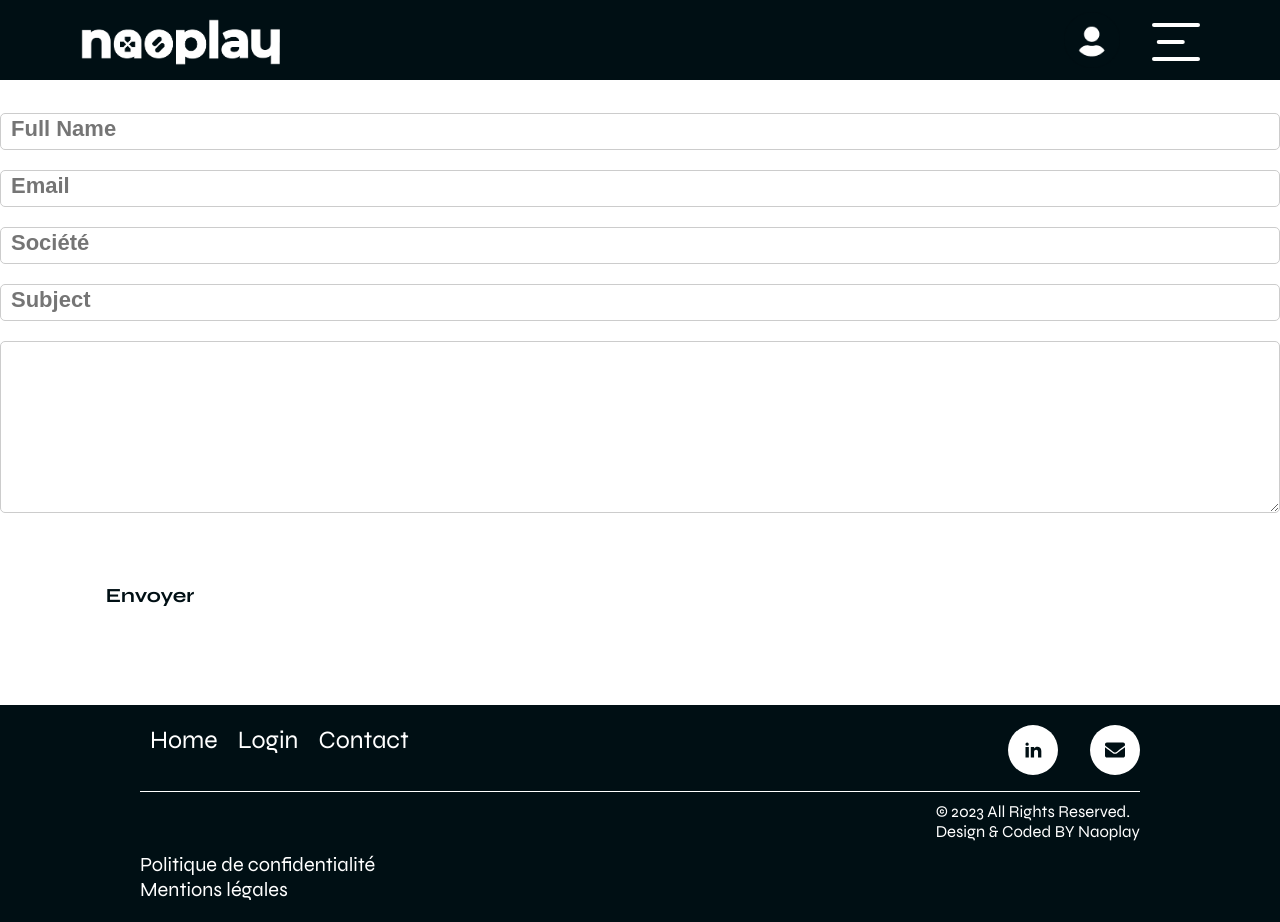
Repository: Hindsedrati/Naoplay
Page: /contact
An editor plug-in stored every save of this project. The page is shown before and after the next save, followed by the edit.
The browser window is 1280 px wide. The pictures show the whole page.
The project was rebuilt for these pictures with package versions that can differ from the ones it lists, and the page was loaded fresh each time. Also part of the build but not shown: src/Pages/Login/index.jsx, src/Components/Const/index.jsx, src/Components/Partners/index.jsx, src/Components/Naoplay/index.jsx, src/Components/Api/index.jsx, src/Components/Digitalisation/index.jsx, src/Components/Gateway/index.jsx, src/Components/ApiManagement/index.jsx and 6 more.

Above is the page before, as saved 2023-05-10 12:32:27.

### public/index.html
<!DOCTYPE html>
<html lang="en">
  <head>
    <meta charset="utf-8" />
    <link href="https://fonts.googleapis.com/css2?family=Syne:wght@600;700&display=swap" rel="stylesheet">
    <link rel="apple-touch-icon" sizes="180x180" href="./favicons/apple-touch-icon.png">
    <link rel="icon" type="image/png" sizes="32x32" href="./favicons/favicon-32x32.png">
    <link rel="icon" type="image/png" sizes="16x16" href="./favicons/favicon-16x16.png">
    <link rel="manifest" href="./favicons/site.webmanifest">
    <link rel="mask-icon" href="./favicons/safari-pinned-tab.svg" color="#5bbad5">
    <meta name="viewport" content="width=device-width, initial-scale=1" />
    <meta name="theme-color" content="#000000" />
    <meta
      name="description"
      content="Web site created using create-react-app"
    />
    <link rel="apple-touch-icon" href="%PUBLIC_URL%/logo192.png" />
    <!--
      manifest.json provides metadata used when your web app is installed on a
      user's mobile device or desktop. See https://developers.google.com/web/fundamentals/web-app-manifest/
    -->
    <link rel="manifest" href="%PUBLIC_URL%/manifest.json" />
    <!--
      Notice the use of %PUBLIC_URL% in the tags above.
      It will be replaced with the URL of the `public` folder during the build.
      Only files inside the `public` folder can be referenced from the HTML.

      Unlike "/favicon.ico" or "favicon.ico", "%PUBLIC_URL%/favicon.ico" will
      work correctly both with client-side routing and a non-root public URL.
      Learn how to configure a non-root public URL by running `npm run build`.
    -->
    <title>NAOPLAY</title>
  </head>
  <body>
    <noscript>You need to enable JavaScript to run this app.</noscript>
    <div id="root"></div>
    <!--
      This HTML file is a template.
      If you open it directly in the browser, you will see an empty page.

      You can add webfonts, meta tags, or analytics to this file.
      The build step will place the bundled scripts into the <body> tag.

      To begin the development, run `npm start` or `yarn start`.
      To create a production bundle, use `npm run build` or `yarn build`.
    -->
  </body>
</html>

### src/style.scss
* {
    margin: 0;
    padding: 0;
    box-sizing: border-box;
}

.app-container {
    width: 100%;
    max-width: 100%;
    margin-left: auto;
    margin-right: auto;
}

.main-container {
    width: 100%;
    overflow-x: hidden;
}

@media screen and (min-width: 769px) and (max-width: 1900px) {
    .main-container {
        padding: 70px 80px 20px 80px;
    }
}
@media screen and (min-width: 1901px) {
    .main-container {
        padding: 150px 80px 20px 80px;
    }
}
@media screen and (max-width: 768px) {
    .main-container {
        padding: 1rem;
    }
}

### src/Pages/Contact/index.jsx
import React from 'react'
import './Contact.scss'

function contact () {
  return (
    <section>
        <div className="container">
          <h2 className= "--text-center">Contactez-nous</h2>
          <p> Vous avez un projet de transformation digitale ? vous souhaitez échanger avec l’un de nos experts ? ou vous souhaitez voir comment notre mentorat peut booster votre carrière ? (si vous souhaitez nous rejoindre vous pouvez également envoyer votre CV à contact@naoplay.fr</p>
          <form className= "--formm-control --card" >
              <input type="text" placeholder= 'Full Name' name= 'user_name' required/>
              <input type="email" placeholder= 'Email' name= 'user_email' required/>
              <input type="text" placeholder="Société" name="societe" required />
              <input type="text" placeholder= 'Subject' name= 'subject' required/>
              <textarea name="message" cols="30" rows="10"></textarea>
              <button type= "submit" className= "--btn --btn-primary">Envoyer</button>


          </form>
        </div>
    </section>
  )
}

export default contact;

### src/Layouts/Footer/Index.jsx
import './footer.scss';
import { RiLinkedinFill } from "react-icons/ri";
import { FaEnvelope } from "react-icons/fa";

function Footer() {
  return (
    <footer>
      <div className="footer-content">
        <div className="footer-section links">
          <a href="/">Home</a>
          <a href="/login">Login</a>
          <a href="/Contact">Contact</a>
        </div>

        <div className="footer__icons">
          <a c href="https://www.linkedin.com/company/naoplay/" target="_blank" rel="noreferrer">
            <RiLinkedinFill />
          </a>
          <a  href="mailto:contact@naoplay.fr/" target="_blank" rel="noreferrer">
            <FaEnvelope />
          </a>
        </div>
      </div>

      <div className="footer-bottom">
        <small>&copy; 2023 All Rights Reserved.</small>
        <small>Design & Coded BY Naoplay </small>
      </div>

      <div className="footer-legal">
        <a href='/'>Politique de confidentialité</a>
        <a href='/'>Mentions légales</a>
      </div>
    </footer>
  );
}

export default Footer;

### src/Pages/Contact/Contact.scss
form {
  margin-bottom: 5rem;
  height: auto;
  display: flex;
  flex-direction: column;
  align-items: center;
  margin-top: 50px;
}

label {
  font-weight: bold;
  margin-bottom: 10px;
}

input,
textarea {
  padding: 10px;
  margin-bottom: 20px;
  width: 100%;
  border: 1px solid #ccc;
  border-radius: 5px;
}

button {
  background-color: #4CAF50;
  color: white;
  border: none;
  padding: 10px 20px;
  text-align: center;
  text-decoration: none;
  display: inline-block;
  font-size: 16px;
  border-radius: 5px;
  cursor: pointer;
}

button:hover {
  background-color: #3e8e41;
}

### src/Pages/Home/Home.scss
body{
    box-sizing: border-box;
    overflow-x: hidden;
}

### src/Layouts/Footer/footer.scss
@import '../../Sass/variables.scss';

footer {
  height: auto;
  color: $light;
  position: relative;
  background: $dark;
  padding: 20px 0;
  width: 100%;
}

.footer-content {
  font-size: 20px;
  display: flex;
  justify-content: space-between;
  max-width: 1000px;
  margin: 0 auto;
}

.footer-section {
  font-family: $syne;
  display: flex;
}

.links a,
.social a {
  color: #fff;
  text-decoration: none;
  padding: 0 10px;
  font-size: 25px;
}


.footer__icons{

        display: flex;
        gap: 2rem;
        margin-bottom: 1rem;

        a {
            width: 50px;
            height: 50px;
            display: inline-block;
            text-decoration: none;
            color: $dark;
            background-color: $light;
            border-radius: 50%;
            display: flex;
            justify-content: center;
            align-items: center;



        }

        a:hover {
            transform: scale(1.1);
            background-color: $dark;
            color: $light;
        }
}
.footer-bottom {
  font-family: $syne;
  display: grid;
  justify-content: flex-end;
  max-width: 1000px;
  margin: 0 auto;
  font-size: 20px;
  border-top: 1px solid #fff;
  padding-top: 10px;
}

.footer-legal {
  /*display: flex;
  align-items: flex-start;
  justify-content: flex-start;
  max-width: 1000px;
  margin: 0 auto;
  font-size: 20px;

  padding-top: 10px;*/
  display: grid;
  justify-content: flex-start;
  max-width: 1000px;
  margin: 0 auto;
  font-size: 20px;
  padding-top: 10px;

}

.footer-legal a {
  font-family: $syne;
  color: #fff;
  text-decoration: none;
  margin-right: 20px;
}

.footer-legal a:hover {
  text-decoration: underline;
}

### src/Sass/variables.scss
@import url('https://fonts.googleapis.com/css2?family=Syne:wght@200;400;500;600;700&display=swap');
@import url('https://fonts.googleapis.com/css2?family=DM+Sans:wght@200;400;500;600;700&display=swap');

@font-face {
    font-family: 'MonumentExtended';
    src: url('fonts/MonumentExtended-Regular.otf') format('truetype');
    font-weight: normal;
    font-style: normal;
}

$Dm: 'DM Sans', sans-serif;
$syne: 'Syne', sans-serif;

//colors
$dark: #000F14;
$light: white;
$primary: #00A8EB;
$bg: #fdfdfd;

### src/Components/Const/const.scss
@import '../../Sass/variables.scss';

.home {

  color: $light;
  background-image: url('../../assets/vision_naoplay.webp');
  background-size: cover;
  background-position: center;

  h1 {
    font-weight: bold;
    font-family: 'MonumentExtended', sans-serif;
  }

  h2 {
    font-family: $syne;
  }

  &__btn {
    text-decoration: none;
    color: $dark;
    display: inline-block;
    padding: 0.75rem 1.5rem;
    background-color: $light;
    font-family: $syne;
    font-size: 1rem;
    font-weight: 700;
    transition: background-color 0.3s ease;

    &:hover {
      background-color: $dark;
      color: $light;
    }
  }
}

@media screen and (min-width: 769px) and (max-width: 1900px) {
  .home {
    margin-top: 2rem;

    h1 {
      font-size: 70px;
      font-weight: 500;
    }

    h2 {
      margin-top: 80px;
      font-size: 32px;
      font-weight: 700;
      line-height: 40px;
    }

    &__btn {
      margin-top:150px;
    }
  }
}

/* Code ajouté pour centrer en version mobile */
@media screen and (max-width: 768px) {
  .home {
    //height: calc(100vh - 80px);
    //padding: 1rem;
    margin-top: 5rem;
    display: flex;
    justify-content: center;
    align-items: center;
    flex-direction: column;

    h1 {
      font-size: 30px;
      line-height: 45px;
      font-weight: 200;
    }

    h2 {
      margin-top: 50px;
      font-size: 20px;
      font-weight: 500;
      font-family: $Dm;
      line-height: 1.6;
    }

    &__btn {
      margin-top: 30px;
    }
  }
}

@media screen and (min-width: 1901px) {
  .home {
    height: 100vh;
    h1 {
      line-height: 5rem;
      font-size: 70px;
      font-weight: 500;
    }

    h2 {
      margin-top: 80px;
      font-size: 32px;
      font-weight: 700;
      line-height: 40px;
    }

    &__btn {
      margin-top: 80px;
    }
  }

}

### src/Components/Partners/partners.scss
@import '../../Sass/variables.scss';

.partners {
  min-height: 210px;
  background: $dark;
  color: $light;

  &__content {
    display: flex;
    align-items: center;
  }

  &__content h3 {
    font-family: 'MonumentExtended', sans-serif;
    color: $light;
  }
}

@media screen and (min-width: 769px) and (max-width: 1900px) {

  .partners {
    padding-left: 80px;
    display: grid;
    grid-template-columns: 1fr 3fr;

    &__content h3 {
      padding-right: 15px;
      font-size: 20px;
      font-weight: 500;
      line-height: 32px;
    }

    &__image {
      position: relative;
      width: auto;
      height: 70px;
      margin-top: 70px;
      overflow: hidden;
    }

    &__icons {
      position: absolute;
      display: flex;
      width: 150%;
      height: 70px;
      top: 0;
      left: 30px;
      color: #fff;

      animation-name: IconeMove;
      animation-duration: 7s;
      animation-iteration-count: infinite;
      animation-direction: alternate;
      animation-timing-function: ease-in-out;

      @keyframes IconeMove {
        from {
          transform: translateX(-25%);
        }

        to {
          transform: translateX(0);
        }
      }
    }

    &__icons img {
      height: 100%;
      width: auto;
      margin-right: 70px;

    }
  }
}

@media screen and (min-width: 1901px) {

  .partners {
    padding-left: 80px;
    display: grid;
    grid-template-columns: 1fr 3fr;

    &__content h3 {
      padding-right: 15px;
      font-size: 25px;
      font-weight: 500;
      line-height: 32px;
    }

    &__image {
      position: relative;
      width: auto;
      height: 70px;
      margin-top: 70px;
      overflow: hidden;
    }

    &__icons {
      position: absolute;
      display: flex;
      width: 150%;
      height: 70px;
      top: 0;
      left: 30px;
      color: #fff;

      animation-name: IconeMove;
      animation-duration: 9s;
      animation-iteration-count: infinite;
      animation-direction: alternate;
      animation-timing-function: ease-in-out;

      @keyframes IconeMove {
        from {
          transform: translateX(-25%);
        }

        to {
          transform: translateX(0);
        }
      }
    }

    &__icons img {
      height: 100%;
      width: auto;
      margin-right: 70px;

    }
  }
}

@media screen and (max-width: 768px) {

  .partners {
    padding: 1rem;

    &__content h3 {
      font-size: 20px;
      font-weight: 500;
      line-height: 32px;
    }

    &__image {
      position: relative;
      width: auto;
      height: 70px;
      margin-top: 50px;
      overflow: hidden;
    }

    &__icons {
      position: absolute;
      display: flex;
      width: 150%;
      height: 60px;
      top: 0;
      left: 30px;
      color: #fff;

      animation-name: IconeMove;
      animation-duration: 5s;
      animation-iteration-count: infinite;
      animation-direction: alternate;
      animation-timing-function: ease-in-out;

      @keyframes IconeMove {
        from {
          transform: translateX(-200%);
        }

        to {
          transform: translateX(0);
        }
      }
    }

    &__icons img {
      height: 100%;
      width: auto;
      margin-right: 70px;

    }
  }
}

### src/Components/Digitalisation/digital.scss
@import '../../Sass/variables.scss';

.digital {
  background-image: url('../../assets/eye-naoplay.webp');
  background-size: cover;
  background-position: center;
  width: 100%;
  height: 50vh;
  object-fit: none;
  color: $light;
  display: flex;
  align-items: center;
  justify-content: center;

  &__content {
    width: 100%;
    max-width: 960px;
    margin: 0 auto;
    padding: 0 1rem;
    text-align: center;
  }

  &__title {
    font-family: 'MonumentExtended', sans-serif;

    margin: 0;
    font-size: 2rem;
    line-height: 1;

  }

  @media screen and (max-width: 768px) {
    .digital{
      display: none;
    }
  }
}
@media screen and (min-width: 769px) and (max-width: 1900px) {
  .digital{
    display: none;
  }
}
@media screen and (min-width: 1900px){
  .digital{
    display: none;
  }
}

### src/Components/Gateway/gateway.scss
@import '../../Sass/variables.scss';

.Gateway{
    height: 100vh;
    padding: 100px;
    color: $dark;

    &__title {
        font-family: 'MonumentExtended', sans-serif;
    }

    &__content::-webkit-scrollbar {
        width: 0;
    }

}


@media screen and (min-width: 769px) and (max-width: 1900px) {
    .Gateway{
        display: grid;
        grid-template-columns: 1fr 2fr;
        align-items: center;

        &__content__child p{
            line-height: 4rem;
            font-family: $syne;
            font-size: 24px;
            font-weight: bold;
        }
    }

    .partone{
        display: block;
        height: calc(100vh - 200px);
        padding: 8rem 4rem 4rem;
        text-align: right;
        background: $dark;
        color: $light;
    }

    .partone:hover{
        background-color: $primary;
        scroll-behavior: smooth;
    }

    .parttwo{
        position: relative;
        height: calc(100vh - 200px);

        .Gateway__title {
            position: absolute;
            top: 0;
            bottom: 0;
            display: flex;
            align-items: center;
            margin-left: 6rem;
            font-size: 56px;
            vertical-align: middle;
        }

        .G1, .G2, .G3, .G4, .G5 {
            display: inline-block;
            margin-top: 5vh;
            margin-bottom: 5vh;
            border-bottom: 1rem solid $primary;
            border-right: 2rem solid transparent;
            line-height: 36px;
        }

        .G1{
            margin-left: 15%;
        }

        .G2{
            margin-left: 50%;
        }

        .G3{
            margin-left: 80%;
        }

        .G4{
            margin-left: 50%;
        }

        .G5{
            margin-left: 15%;
        }
    }
}

@media screen and (min-width: 1901px) {
    .Gateway{
        display: grid;
        grid-template-columns: 1fr 2fr;
        align-items: center;

        &__content__child p{
            line-height: 9rem;
            font-family: $syne;
            font-size: 30px;
            font-weight: bold;
        }
        .items{
            margin-top: 3rem;
        }
    }

    .partone{
        display: block;
        height: calc(100vh - 200px);
        padding: 4rem 4rem 4rem;
        text-align: right;
        background: $dark;
        color: $light;
    }

    .partone:hover{
        background-color: $primary;
        scroll-behavior: smooth;
    }

    .parttwo{
        position: relative;
        height: calc(100vh - 200px);

        .Gateway__title {
            position: absolute;
            top: 0;
            bottom: 0;
            display: flex;
            align-items: center;
            margin-left: 6rem;
            font-size: 56px;
            vertical-align: middle;
        }

        .G1, .G2, .G3, .G4, .G5 {
            display: inline-block;
            margin-top: 5vh;
            margin-bottom: 5vh;
            border-bottom: 1rem solid $primary;
            border-right: 2rem solid transparent;
            line-height: 36px;
        }

        .G1{
            margin-left: 15%;
        }

        .G2{
            margin-left: 50%;
        }

        .G3{
            margin-left: 80%;
        }

        .G4{
            margin-left: 50%;
        }

        .G5{
            margin-left: 15%;
        }
    }
}

@media screen and (max-width: 768px) {
    .Gateway{
        display: none;
    }
}

### src/Components/Management/management.scss
@import '../../Sass/variables.scss';

.management {
    background: $primary;
    color: $light;

    &__title {
        font-family: 'MonumentExtended', sans-serif;
    }

    &__content::-webkit-scrollbar {
        width: 0;
    }
}

@media screen and (min-width: 769px) and (max-width: 1900px) {
    .management {
        min-height: 100vh;

        &__title {
            display: none;
        }

        &__content {
            width: 100%;
            min-height: 250px;
            padding: 30px 100px;
            display: flex;
            flex-flow: row nowrap;
            gap: 100px;
            font-family: $syne;
            font-size: 20px;
            font-weight: 400;
            line-height: 30px;
            position: relative;

            .arrow_1 {
                display: none;
            }

            .arrow_2 {
                display: none;
            }

            & p {
                margin-top: .8rem;
                font-family: $Dm;
            }
        }
    }
}

@media screen and (min-width: 1901px) {
    .management {
        min-height: 100vh;

        &__title {
            display: none;
        }

        &__content {
            width: 100%;
            min-height: 250px;
            padding: 30px 100px;
            display: flex;
            flex-flow: row nowrap;
            gap: 100px;
            font-family: $syne;
            font-size: 20px;
            font-weight: 400;
            line-height: 30px;
            position: relative;

            .arrow_1 {
                display: none;
            }

            .arrow_2 {
                display: none;
            }

            & p {
                font-size: 25px;
                margin-top: .8rem;
                font-family: $Dm;
            }
        }
    }
}

@media screen and (max-width: 768px) {
    .management {
        padding: 2.5rem 1rem;

        &__content {
            display: flex;
            flex-flow: row nowrap;
            gap: 2rem;
            font-family: $syne;
            font-size: 25px;
            font-weight: 500;
            line-height: 30px;
            overflow: scroll;
            position: relative;

            &__child {
                min-width: 100%;
            }

            .arrow_1 {
                position: absolute;
                bottom: 2px;
                right: 10px;
                font-size: 30px;
                color: $primary;
                background: $light;
                display: flex;
                align-items: center;
                justify-content: center;
                border-radius: 50%;
                width: 40px;
                height: 40px;
            }

            .arrow_2 {
                position: absolute;
                bottom: 2px;
                right: -23rem;
                font-size: 2rem;
                background: $light;
                color: $primary;
                display: flex;
                align-items: center;
                justify-content: center;
                border-radius: 50%;
                width: 40px;
                height: 40px;
            }
        }

        &__title {
            margin-top: 30px;
            font-size: 30px;
            line-height: 30px;
            font-weight: 100;
        }

        &__content {
            font-size: 25px;
            font-weight: 700;
            line-height: 30px;
        }

        & p {
            margin-top: 30px;
            padding: 0rem 1rem;
        }
    }



}

Loaded but not shown: src/reportWebVitals.js (common file); src/index.js (34 lines, source omitted); src/Layouts/Header/header.scss (458 lines, source omitted); src/Components/ApiManagement/api_m.scss (329 lines, source omitted); src/Components/Api/api.scss (344 lines, source omitted); src/Components/Naoplay/naoplay.scss (359 lines, source omitted); src/Layouts/Header/Index.jsx (115 lines, source omitted); src/Pages/Error403/Error403.scss (201 lines, source omitted); src/Components/Mentorat/mentorat.scss (204 lines, source omitted); src/Components/Proxisation/proxi.scss (219 lines, source omitted); src/Pages/Error404/Error.scss (200 lines, source omitted); src/Pages/Login/login.scss (182 lines, source omitted)

After the next save:
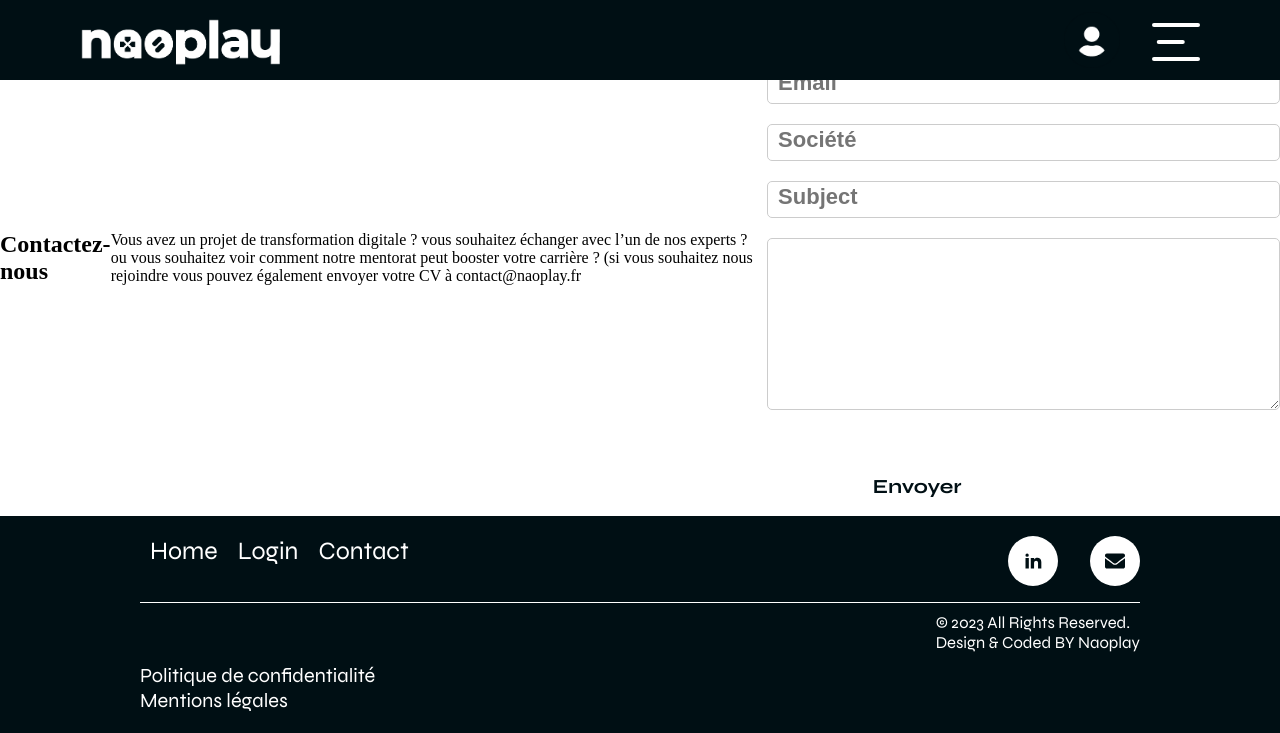
Saved 2 min 42 s later.
--- a/src/Pages/Contact/Contact.scss
+++ b/src/Pages/Contact/Contact.scss
@@ -1,39 +1,44 @@
-form {
-  margin-bottom: 5rem;
-  height: auto;
+.container {
   display: flex;
-  flex-direction: column;
+  justify-content: center;
   align-items: center;
-  margin-top: 50px;
+  height: 100%;
 }
 
-label {
-  font-weight: bold;
-  margin-bottom: 10px;
+.card {
+  background-color: white;
+  border-radius: 10px;
+  padding: 20px;
+  box-shadow: 0px 0px 15px rgba(0, 0, 0, 0.1);
+  width: 50%;
+}
+
+.text-center {
+  text-align: center;
+}
+
+.form-control {
+  margin: 10px 0;
+}
+
+.btn {
+  border: none;
+  border-radius: 5px;
+  padding: 10px 20px;
+  color: white;
+  font-size: 1rem;
+  cursor: pointer;
+}
+
+.btn-primary {
+  background-color: #007bff;
 }
 
 input,
 textarea {
+  width: 100%;
   padding: 10px;
-  margin-bottom: 20px;
-  width: 100%;
+  margin: 10px 0;
+  border-radius: 5px;
   border: 1px solid #ccc;
-  border-radius: 5px;
 }
-
-button {
-  background-color: #4CAF50;
-  color: white;
-  border: none;
-  padding: 10px 20px;
-  text-align: center;
-  text-decoration: none;
-  display: inline-block;
-  font-size: 16px;
-  border-radius: 5px;
-  cursor: pointer;
-}
-
-button:hover {
-  background-color: #3e8e41;
-}
